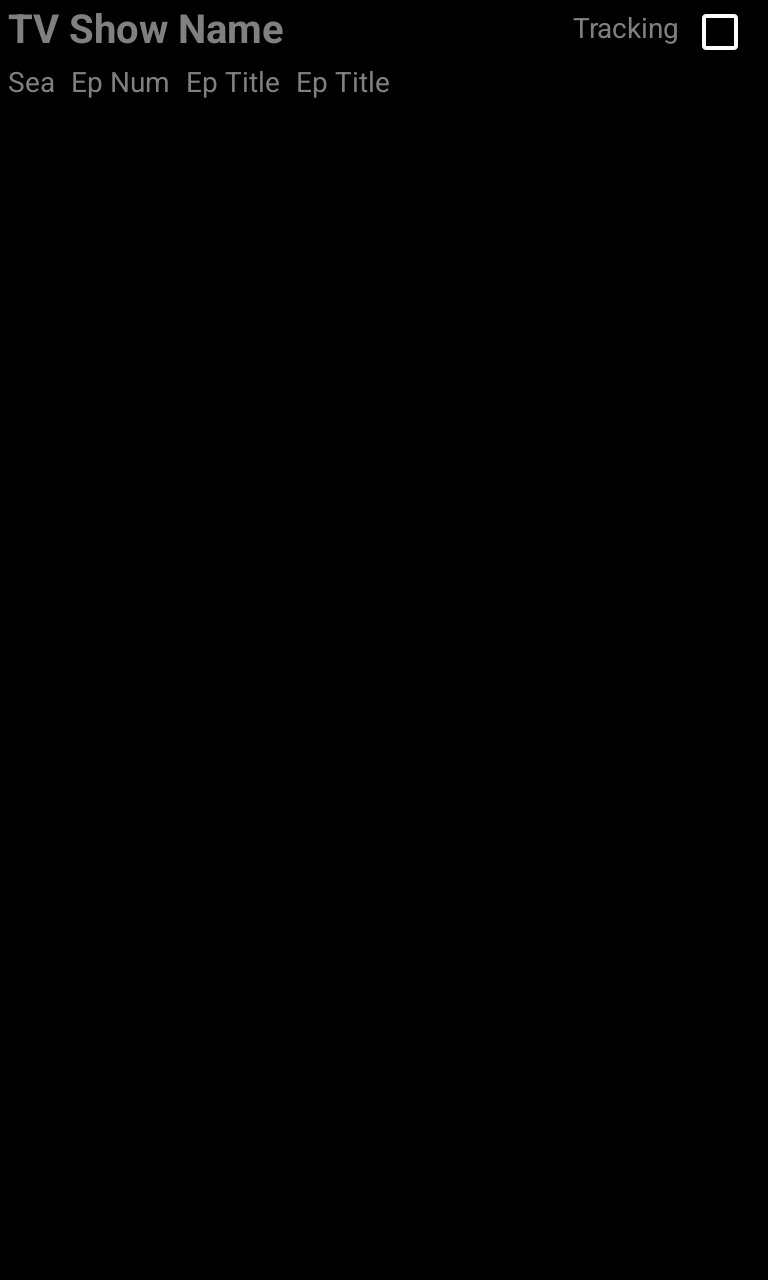
Repository: Jeedan/learning-android-apps
Layout: TvShowTracker/res/layout/list_item_tvshow.xml
The author's editor kept a copy of each file at every save. The layout is drawn from the files as they stood at one save, then again after the next save.
It is drawn on a 768 x 1280 px phone screen (xhdpi) without system bars, with theme AppTheme; the app's code is not run. The app's manifest (not shown) leaves right-to-left support off. So textAlignment, textDirection and layoutDirection are ignored, and left and right values win over start and end ones.

Above is the layout before, as saved 2014-11-01 10:54:14.

After the next save:
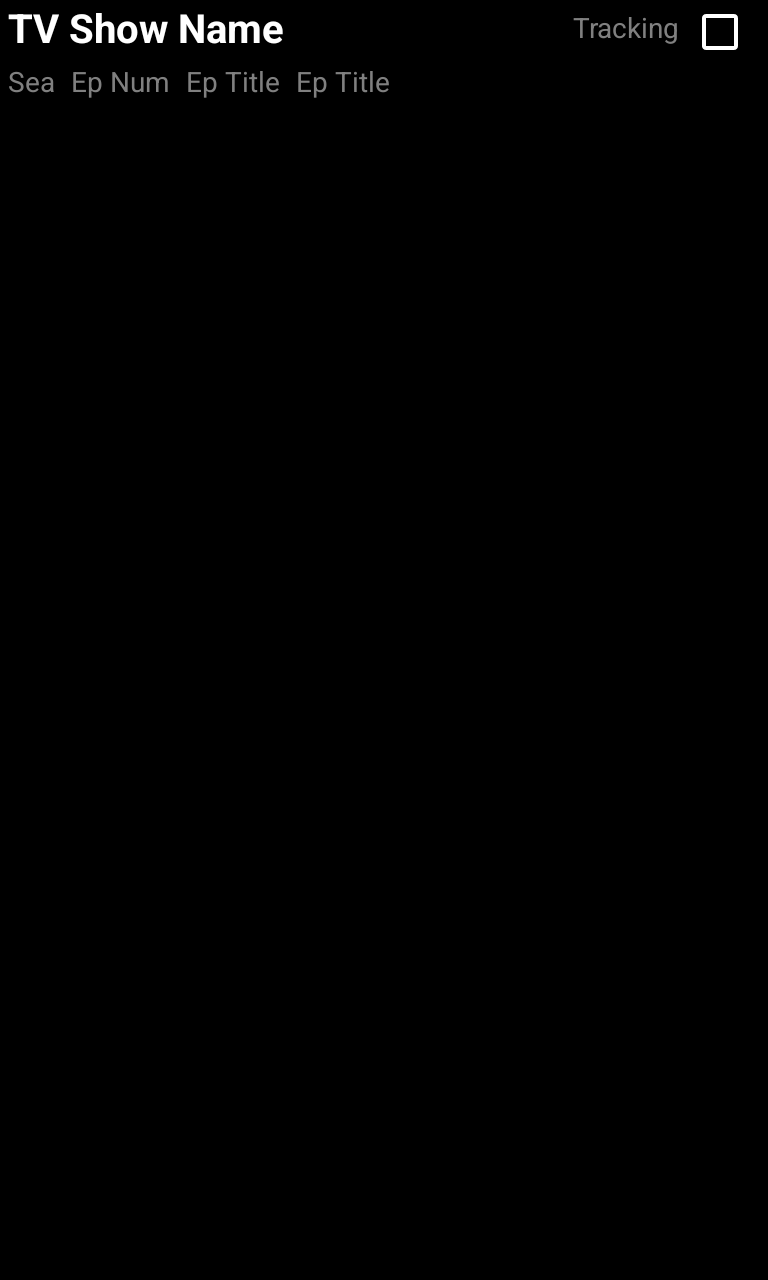
Saved 13 s later.
--- a/TvShowTracker/res/layout/list_item_tvshow.xml
+++ b/TvShowTracker/res/layout/list_item_tvshow.xml
@@ -13,7 +13,7 @@
         android:paddingLeft="4dp"
         android:paddingRight="4dp"
         android:text="@string/tv_show_name"
-        android:textColor="@android:color/tertiary_text_light"/>
+        android:textColor="@android:color/white"/>
 
     <CheckBox android:id="@+id/tracked_tv_show_check_box"
         android:layout_width="wrap_content"
